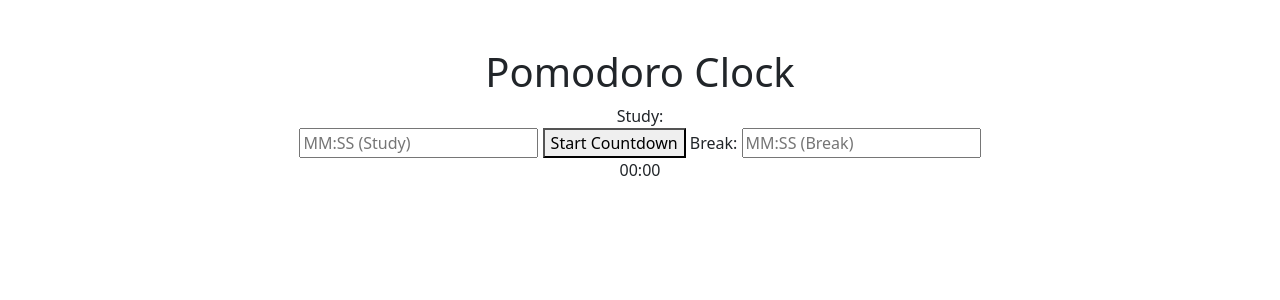
Repository: jobid0212/pomodoro-clock
Page: http://localhost/
These files come from the project's save history. The page is drawn as it stood at one moment and after the next save; the edit follows.
The browser window is 1280 px wide. The pictures show the whole page.
The page is served by the project's application, run on Flask 3 (app.py).

Above is the page before, as saved 2026-02-06 18:48:08.

### templates/index.html
<!DOCTYPE html>

<html lang="en">
    <head>

        <meta charset="utf-8">
        <meta name="viewport" content="initial-scale=1, width=device-width">

        <!-- http://getbootstrap.com/docs/5.3/ -->
        <link href="https://cdn.jsdelivr.net/npm/bootstrap@5.3.8/dist/css/bootstrap.min.css" rel="stylesheet" integrity="sha384-sRIl4kxILFvY47J16cr9ZwB07vP4J8+LH7qKQnuqkuIAvNWLzeN8tE5YBujZqJLB" crossorigin="anonymous">
        <script src="https://cdn.jsdelivr.net/npm/bootstrap@5.3.8/dist/js/bootstrap.bundle.min.js" integrity="sha384-FKyoEForCGlyvwx9Hj09JcYn3nv7wiPVlz7YYwJrWVcXK/BmnVDxM+D2scQbITxI" crossorigin="anonymous"></script>

         <link href="static/css/styles.css" rel="stylesheet">

         <title>Pomodoro Clock</title>

    </head>

    <body>
        <main class="container py-5 text-center">
            <body>
                <div>
                    <h1>Pomodoro Clock</h1>
                </div>
                <div class="timer-wrapper">
                    <span class="block-group">
                        <label for="studyDurationInput">Study:</label>
                        <input type="text" id="studyDurationInput"
                               pattern="[0-5][0-9]:[0-5][0-9]"
                               placeholder="MM:SS (Study)"
                               name="studyDurationInput">
                    </span>

                    <button onclick="startTimer('study')">Start Countdown</button>

                    <span>
                        <label for="breakDurationInput">Break:</label>
                        <input type="text" id="breakDurationInput"
                               pattern="[0-5][0-9]:[0-5][0-9]"
                               placeholder="MM:SS (Break)"
                               name="breakDurationInput">
                    </span>

                    <div id="display">
                        00:00
                    </div>

                </div>
            </body>
        </main>
        <script src="static/js/script.js" defer></script>
    </body>
</html>

### app.py
from flask import Flask, flash, redirect, render_template, request

# Flask run --debug
app = Flask(__name__)


@app.route('/')
def index():
    return render_template("index.html")

### static/css/styles.css
.block-group label {
    display: block;
}

### static/js/script.js
let countdown;

function startTimer(phase) {
    // "Kill Switch" to stop any running timers
    clearInterval(countdown);

    const timeArray = document.getElementById('studyDurationInput').value.split(":");
    console.log(timeArray);
    if (timeArray.length != 2 ) return alert("Enter correct format! (MM:SS)");
    const seconds = Number(timeArray[0]) * 60 + Number(timeArray[1]);

    const now = Date.now();
    const then = now + seconds * 1000;
    displayTimeLeft(seconds);

    countdown = setInterval(function () {
        const secondsLeft = Math.round((then - Date.now()) / 1000);

        if (secondsLeft < 0) {
            clearInterval(countdown);
            if (phase == "study"){
                alert("Start Break!");
                startTimer("break");
                return;
            } else {
                alert("Break Over!");
                return;
            }

        }

        displayTimeLeft(secondsLeft);
    }, 1000);

}

function displayTimeLeft(seconds) {
    const minutes = Math.floor(seconds / 60);
    const remainderSeconds = seconds % 60;
    // For ternary operator: If remainderSeconds < 10, append '0', else append ''
    // Then it appends value of remainderSeconds
    const display = `${minutes}:${remainderSeconds < 10 ? '0' : ''}${remainderSeconds}`;
    document.getElementById('display').textContent = display;
}

After the next save:
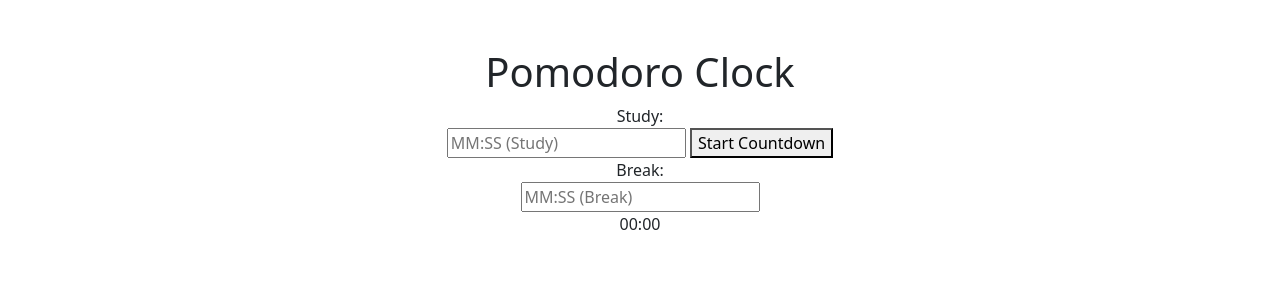
Saved 25 s later.
--- a/templates/index.html
+++ b/templates/index.html
@@ -33,7 +33,7 @@
 
                     <button onclick="startTimer('study')">Start Countdown</button>
 
-                    <span>
+                    <span class="block-group">
                         <label for="breakDurationInput">Break:</label>
                         <input type="text" id="breakDurationInput"
                                pattern="[0-5][0-9]:[0-5][0-9]"
